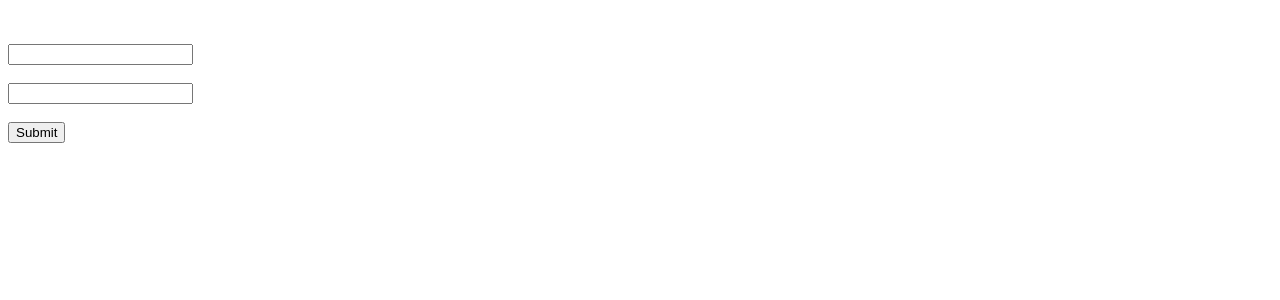
Repository: J2EEBeliever/ISA681_Poker2
Page: http://localhost/StrutsAjax/Logon.jsp
An editor plug-in stored every save of this project. The page is shown before and after the next save, followed by the edit.
The browser window is 1280 px wide. The pictures show the whole page.
The page is served by Tomcat 9. Nobody is signed in. The application's start-up code is not run.

Above is the page before, as saved 2015-11-28 18:19:51.

After the next save:
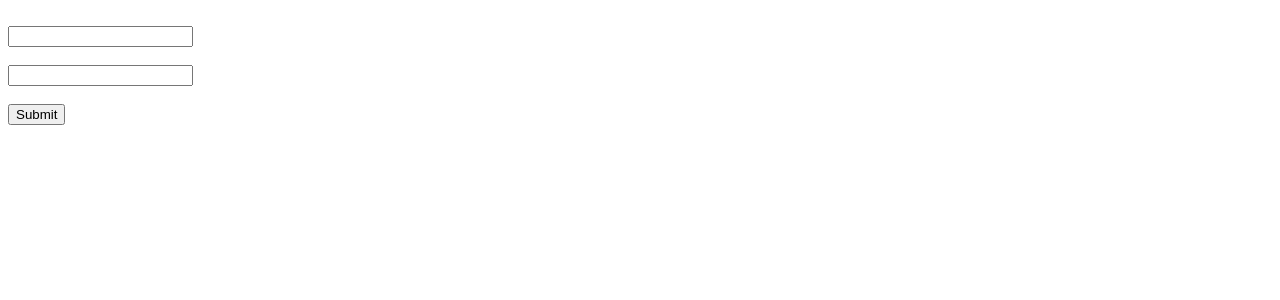
Saved 47 s later.
--- a/SOURCE/StrutsAjax/WebContent/Logon.jsp
+++ b/SOURCE/StrutsAjax/WebContent/Logon.jsp
@@ -10,7 +10,7 @@
 
 
 <body>
-
+<form action="logonToFiveCardStudPoker"
 <BR><BR><input type="text" name="userName" value="">
 <BR><BR><input type="password" name="password" value="">
 <BR><BR><input type="submit" name="submit">

After the save that followed:
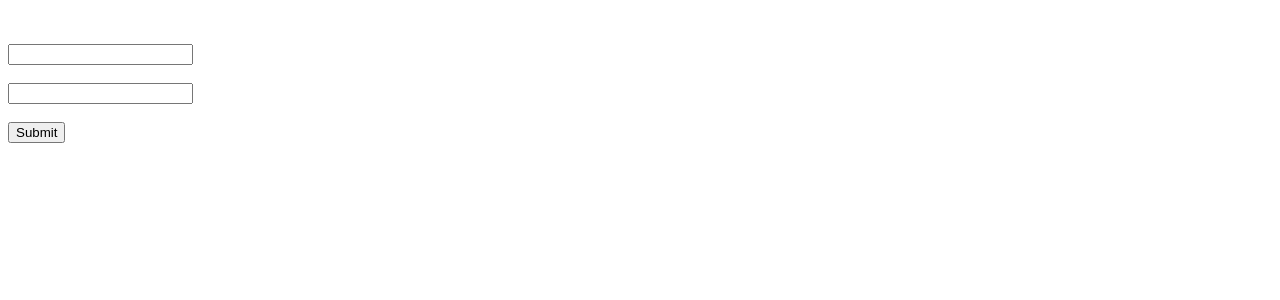
Saved 40 s later.
--- a/SOURCE/StrutsAjax/WebContent/Logon.jsp
+++ b/SOURCE/StrutsAjax/WebContent/Logon.jsp
@@ -10,10 +10,10 @@
 
 
 <body>
-<form action="logonToFiveCardStudPoker"
+<form action="logonToFiveCardStudPoker" name="logonFiveCardStudPokerForm">
 <BR><BR><input type="text" name="userName" value="">
 <BR><BR><input type="password" name="password" value="">
 <BR><BR><input type="submit" name="submit">
-
+</form>
 </body>
 </html>
